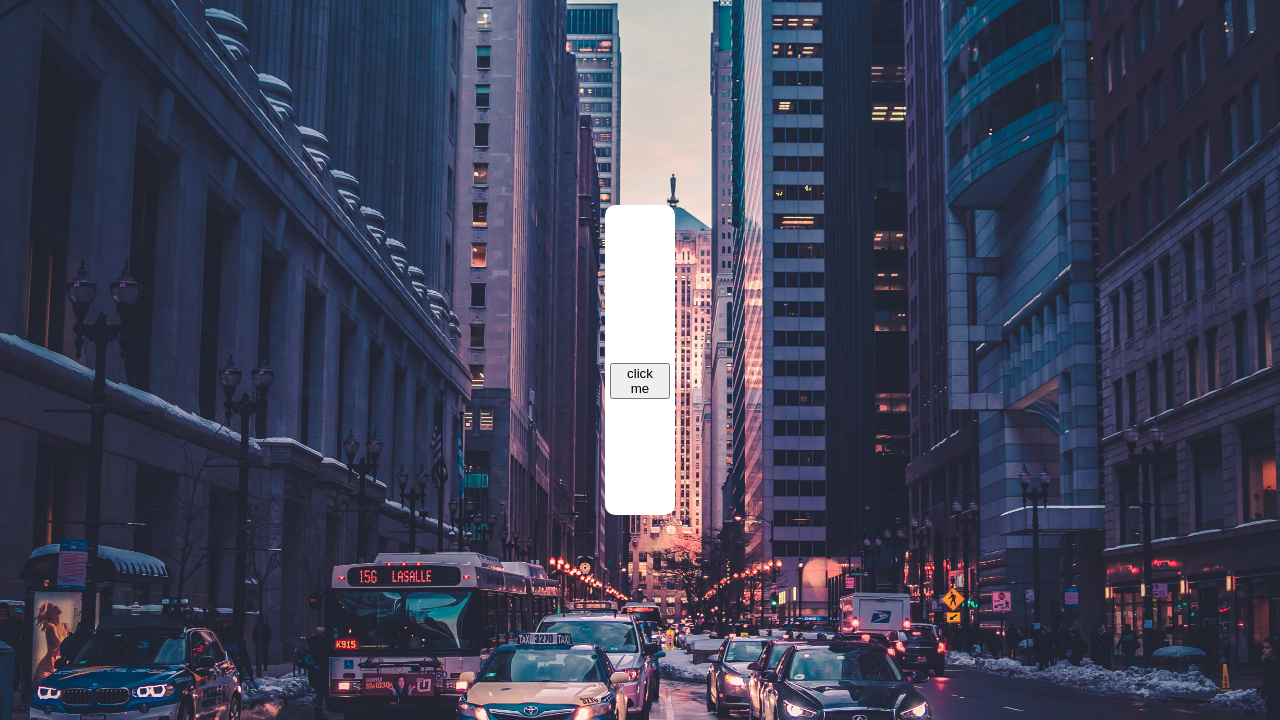
Repository: lamilekan263/random_advice
Page: /
The author's editor kept a copy of each file at every save. The page is drawn from the files as they stood at one save, then again after the next save.
The browser window is 1280 px wide. The pictures show the whole page.
The page's requests for data from a server got no answer. The project was rebuilt for these pictures with package versions that can differ from the ones it lists, and the page was loaded fresh each time. No one was signed in, and anything a server would have sent is missing.

Above is the page before, as saved 2020-08-10 14:33:28.

After the next save:
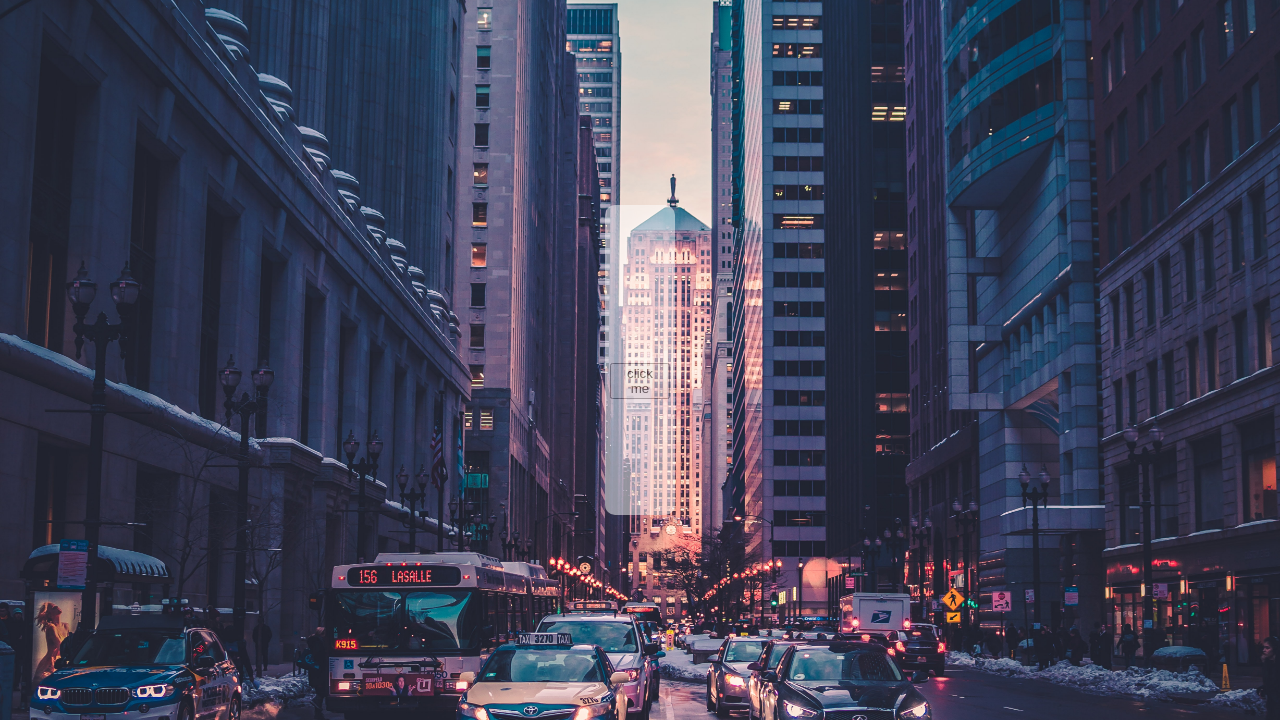
Saved 5 s later.
--- a/src/App.css
+++ b/src/App.css
@@ -25,7 +25,7 @@ body{
   justify-content: center;
   text-align:center;
   align-items: center;
-  opacity: 1;
+  opacity: 0.5;
 }
 h1{
   opacity: 1;
